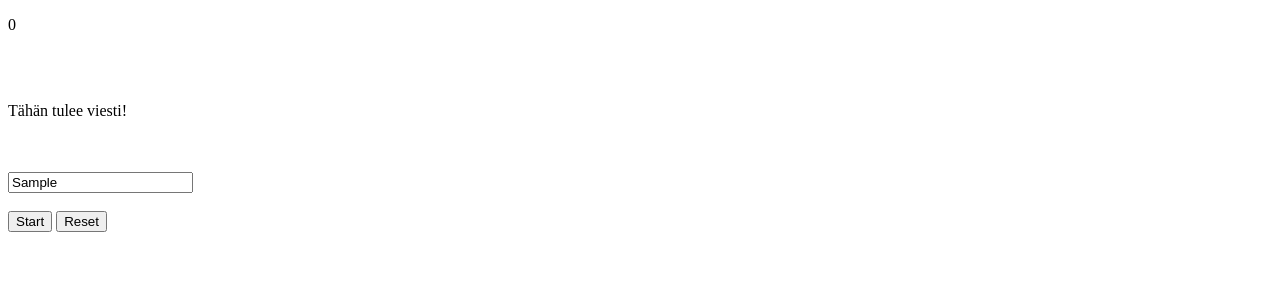
Repository: VadimZubchenko/numeronarvouspeli_JS
Page: public/index.html
The author's editor kept a copy of each file at every save. The page is drawn from the files as they stood at one save, then again after the next save.
The browser window is 1280 px wide. The pictures show the whole page.
Empty fields were first filled with sample values (such as "Sample", 5 or name@example.com).
After loading, the first visible `#startGame` was clicked once.

Above is the page before, as saved 2022-04-25 20:20:41.

After the next save:
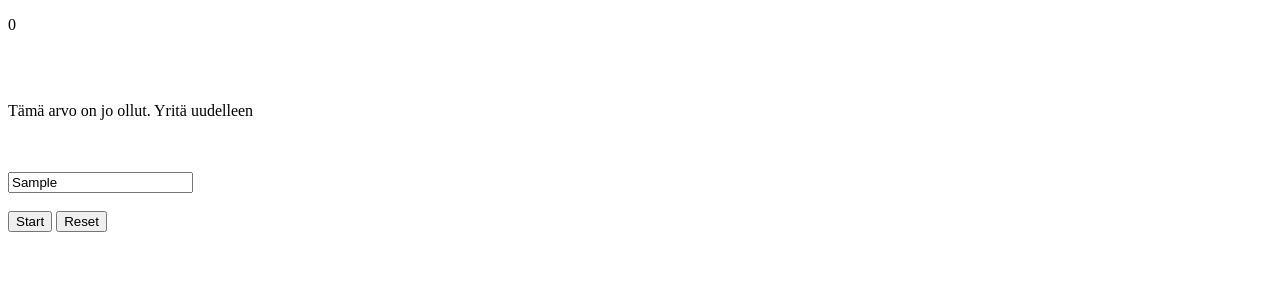
Saved 66 s later.
--- a/public/script.js
+++ b/public/script.js
@@ -13,7 +13,7 @@ function startGame() {
   //jos se on jo käynnissä sittten running = true;
   let clientArvo = document.getElementById("numero").value;
   console.log(clientArvo);
-  if (lastMin < clientArvo < lastMax) {
+  if (lastMin < clientArvo && clientArvo < lastMax) {
     if (clientArvo < arvo) {
       document.getElementById("message").innerHTML =
         "Numerosi on arvoa pienempi";
